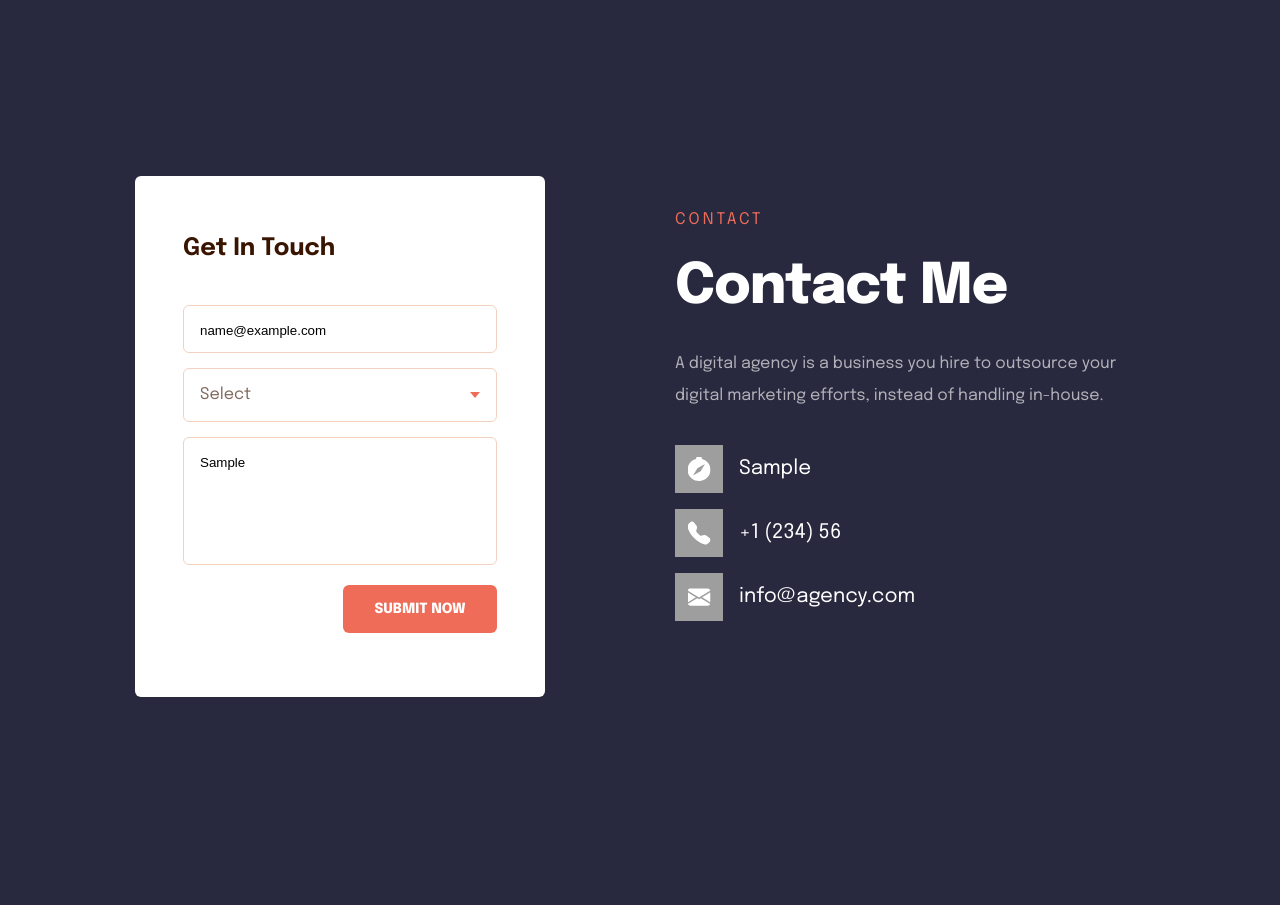
Repository: NatiqSamiyev/form-task-2
Page: index.html
An editor plug-in stored every save of this project. The page is shown before and after a run of saves, followed by the edit.
The browser window is 1280 px wide. The pictures show the whole page.
Empty fields were first filled with sample values (such as "Sample", 5 or name@example.com).
After loading, the first visible `form` was submitted once.
Pictures or frames that could not be fetched are drawn as grey boxes. Some web fonts or font styles are not loaded; a fallback is used.

Above is the page before, as saved 2023-10-30 11:57:27.

### index.html
<!DOCTYPE html>
<html lang="en">
  <head>
    <meta charset="UTF-8" />
    <meta name="viewport" content="width=device-width, initial-scale=1.0" />
    <title>Document</title>
    <link rel="stylesheet" href="index.css" />
  </head>
  <body>
    <div class="contact-container">
      <form action="">
        <h1>Get In Touch</h1>
        <label for="">
          <input type="email" placeholder="Your email" class="email-input" required />
        </label>

        <div class="select-option-box">
          <div class="select-box">
            <button type="button">Select</button>
            <svg
            class="no-rotate"
              xmlns="http://www.w3.org/2000/svg"
              width="10"
              height="6"
              viewBox="0 0 10 6"
              fill="none"
             >

              <path d="M5 6L10 0H0L5 6Z" fill="#EF6D58" />
            </svg>
          </div>
          <div class="option-box">
            <p>Option 1</p>
            <p>Option 2</p>
            <p>Option 3</p>
          </div>
        </div>

        <label for="">
          <input type="text-message" placeholder="Message" class="message-input"/>

        </label>



        <button class="submit-btn" type="submit">Submit Now</button>
      </form>

      <div class="info-box">
        <div class="text-box">
          <h2>Contact</h2>
          <h3>Contact Me</h3>
          <p>
            A digital agency is a business you hire to outsource your digital
            marketing efforts, instead of handling in-house.
          </p>
        </div>

        <ul>

        </ul>

        <br>


      </div>
    </div>
  </body>
  <script src="/index.js"></script>
</html>

### index.css
@import url("https://fonts.googleapis.com/css2?family=Epilogue:wght@400;600;700;800&family=Inter:wght@400;500;600;700&family=Laila:wght@700&family=Open+Sans:wght@400;600;700;800&family=Roboto+Slab:wght@700&family=Roboto:wght@400;700&display=swap");

* {
  margin: 0;
  padding: 0;
  box-sizing: border-box;
}

.contact-container {
  width: 100%;
  min-height: 100vh;
  padding: 176px 135px 208px 135px;
  background: #28293e;
  display: flex;
  justify-content: space-between;
}

form {
  width: 570px;
  padding: 57px 48px 48px 48px;
  border-radius: 6px;
  background: #fff;
  display: flex;
  flex-direction: column;
  gap: 15px;
}

form h1 {
  margin-bottom: 25px;
  color: var(--Text_Dark, #391400);
  font-feature-settings:
    "clig" off,
    "liga" off;
  font-family: Epilogue;
  font-size: 24px;
  font-style: normal;
  font-weight: 700;
  line-height: 32px;
}

label {
  width: 100%;
}

input {
  width: 100%;
  height: 48px;
  padding: 9px 15px 7px 16px;
  border-radius: 6px;
  border: 1px solid #f3d1bf;
  background: #fff;
}

.message-input {
  height: 128px;
  padding: 9px 16px 87px 16px;
  margin-bottom: 5px;
}

form .submit-btn {
  width: 154px;
  margin-left: auto;
  height: 48px;
  border-radius: 6px;
  background: #ef6d58;
  border: none;
  color: #fff;
  text-align: center;
  font-family: Epilogue;
  font-size: 14px;
  font-style: normal;
  font-weight: 900;
  line-height: normal;
  text-transform: uppercase;
}

.info-box {
  margin-left: 130px;
  padding: 28px 0 58px 0;
}

.text-box {
  width: 470px;
  margin-bottom: 33px;
}

h2 {
  margin-bottom: 20px;
  color: var(--Text_Light_Accent, #ef6d58);
  font-feature-settings:
    "clig" off,
    "liga" off;
  font-family: Epilogue;
  font-size: 16px;
  font-style: normal;
  font-weight: 400;
  line-height: 32px;
  letter-spacing: 3px;
  text-transform: uppercase;
}

h3 {
  margin-bottom: 28px;
  color: var(--Text_Light, #fff);
  font-feature-settings:
    "clig" off,
    "liga" off;
  font-family: Epilogue;
  font-size: 56px;
  font-style: normal;
  font-weight: 800;
  line-height: 64px;
  letter-spacing: -1px;
}

.text-box p {
  color: var(--Text_Light_Gray, rgba(255, 255, 255, 0.64));
  font-feature-settings:
    "clig" off,
    "liga" off;
  font-family: Epilogue;
  font-size: 16px;
  font-style: normal;
  font-weight: 400;
  line-height: 32px;
}

ul li {
  list-style-type: none;
  display: flex;
  align-items: center;
}
.image-box {
  position: relative;
  width: 48px;
  height: 48px;
}
.image-1 {
  width: 48px;
  height: 48px;
  fill: #ef6d58;
}

.image-2 {
  width: 23px;
  height: 24px;
  fill: #fff;
  position: absolute;
  top: 50%;
  left: 50%;
  transform: translate(-50%, -50%);
}

ul li p {
  margin-left: 16px;
  color: var(--Text_Light, #fff);
  font-feature-settings:
    "clig" off,
    "liga" off;
  font-family: Epilogue;
  font-size: 20px;
  font-style: normal;
  font-weight: 400;
  line-height: 32px;
}

ul li:nth-child(2) {
  margin-top: 16px;
}

ul li:last-child {
  margin-top: 16px;
}
.select-option-box {
  position: relative;
}
.select-box {
  border-radius: 6px;
  border: 1px solid #f3d1bf;
  background: #fff;
  position: relative;
}
.select-box button {
  width: 100%;
  height: 100%;
  padding: 10px 16px;
  background: none;
  border: none;
  color: var(--Text_Dark_Gray, rgba(57, 20, 0, 0.64));
  font-feature-settings:
    "clig" off,
    "liga" off;
  font-family: Epilogue;
  font-size: 16px;
  font-style: normal;
  font-weight: 400;
  line-height: 32px;
  text-align: start;
}
.select-box svg {
  position: absolute;
  right: 16px;
  top: 50%;
  width: 10px;
  height: 10px;
}
.no-rotate {
  transform: translateY(-50%);
}
.option-box {
  width: 100%;
  border: 1px solid gray;
  border-radius: 5px;
  padding: 10px;
  margin-top: 5px;
  display: none;
  position: absolute;
  background-color: #fff;
}
.option-box p {
  cursor: pointer;
  margin-bottom: 5px;
}
.active {
  display: block;
}
.rotate {
  transform: translateY(-50%) rotate(180deg);
}
button {
  cursor: pointer;
}
.bottom-box {
  margin-top: 45px;
  width: 100%;
  padding: 25px 20px;
  background-color: #efe7e2;
}

### index.js
let btn = document.querySelector(".submit-btn");
let form = document.querySelector("form");
let emailInput = document.querySelector(".email-input");
// let subjectInput = document.querySelector(".subject-input");
let messageInput = document.querySelector(".message-input");
let selectBtn= document.querySelector('.select-box button')
let optionBox =document.querySelector('.option-box')
let selectSvg= document.querySelector('.select-box svg')
let bottomBox=document.querySelector('.bottom-box')
let optionList= document.querySelectorAll('.option-box p')
let ul =document.querySelector('ul')

// btn.addEventListener("click", submitForm);
form.addEventListener("submit", submitForm);

function submitForm(a) {
  a.preventDefault();
  ul.innerHTML+=
  `
  <li>
  <div class="image-box">
    <img class="image-1" src="./image/Oval.svg" alt="" />
    <img class="image-2" src="./image/Shape.svg" alt="" />
  </div>

  <p>${messageInput.value}</p>
</li>

<li>
  <div class="image-box">
    <img class="image-1" src="./image/Oval.svg" alt="" />
    <img class="image-2" src="./image/Path.svg" alt="" />
  </div>
  <p>+1 (234) 56</p>
</li>

<li>
  <div class="image-box">
    <img class="image-1" src="./image/Oval.svg" alt="" />
    <img class="image-2" src="./image/Shape (1).svg" alt="" />
  </div>
  <p>info@agency.com</p>
</li>

  `

}

// select action
selectBtn.addEventListener('click',showOption)
function showOption() {
  optionBox.classList.toggle('active')
  selectSvg.classList.toggle('no-rotate')
  selectSvg.classList.toggle("rotate")
}


for (let index = 0; index < optionList.length; index++) {
optionList[index].addEventListener('click',()=> selectList(optionList[index]))
}

function selectList(event) {
 console.log(event);
 selectBtn.innerText=event.innerText
 showOption()
}

After the next 2 saves:
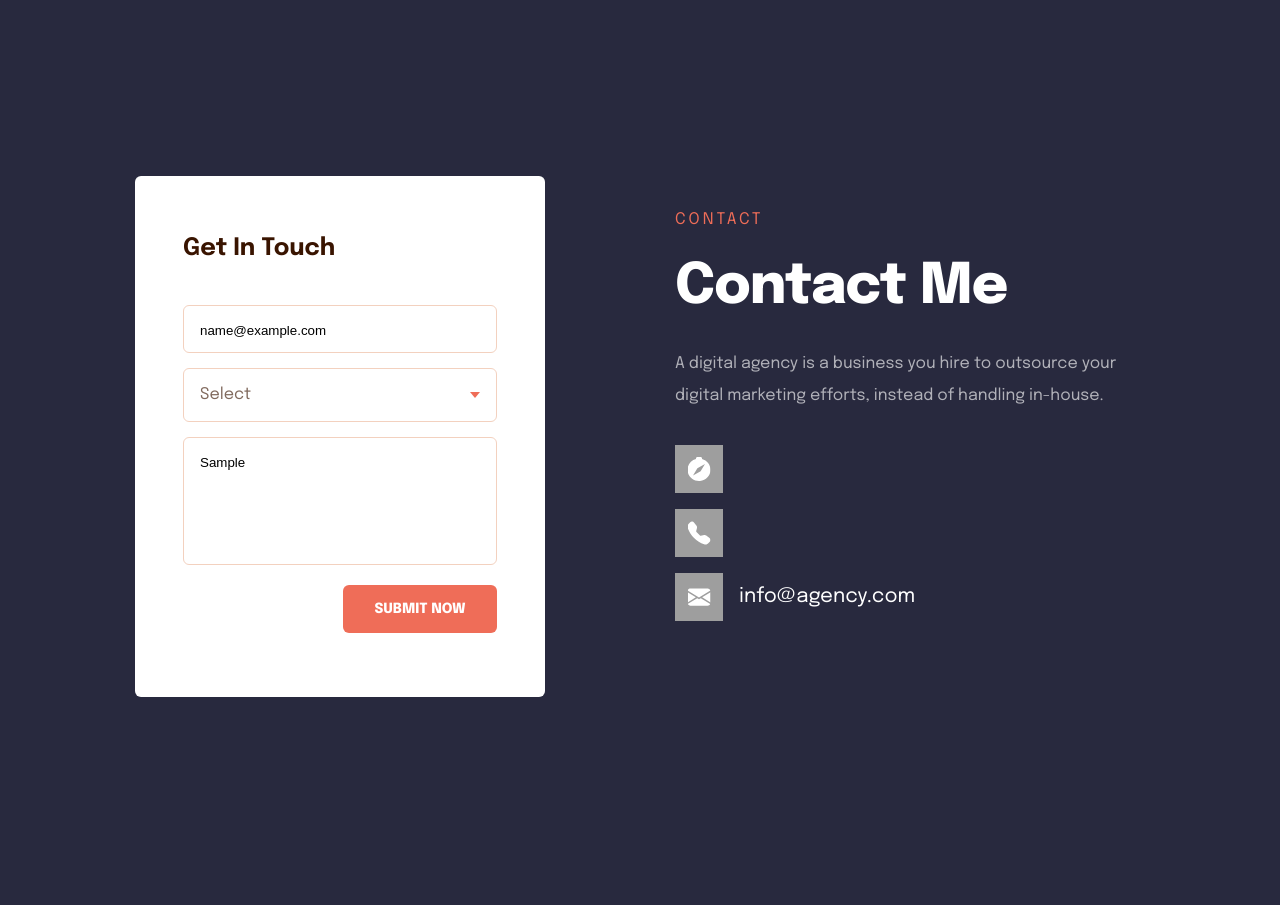
The 2 saves are shown as one change because they came seconds apart.
The last was saved 18 s later.
--- a/index.js
+++ b/index.js
@@ -23,7 +23,7 @@ function submitForm(a) {
     <img class="image-2" src="./image/Shape.svg" alt="" />
   </div>
 
-  <p>${messageInput.value}</p>
+  <p></p>
 </li>
 
 <li>
@@ -31,7 +31,7 @@ function submitForm(a) {
     <img class="image-1" src="./image/Oval.svg" alt="" />
     <img class="image-2" src="./image/Path.svg" alt="" />
   </div>
-  <p>+1 (234) 56</p>
+  <p></p>
 </li>
 
 <li>
